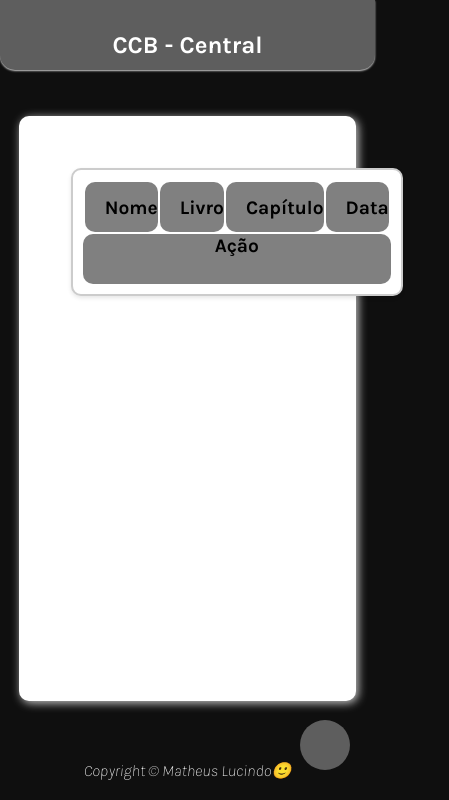
Repository: Matheus904-12/API-da-CCB
Page: index.html
The author's editor kept a copy of each file at every save. The page is drawn from the files as they stood at one save, then again after the next save.
The browser window is 375 px wide. The page is 405 px wide, then 449 px, then 405 px, so the pictures cover 449 px, including what lies to the right of the window. The pictures show the whole page.

Above is the page before, as saved 2024-01-14 01:29:27.

### index.html
<!DOCTYPE html>
<html lang="pt-BR">

<head>
    <meta charset="UTF-8">
    <meta http-equiv="X-UA-Compatible" content="IE=edge">
    <meta name="viewport" content="width=device-width, initial-scale=1.0">
    <link rel="preconnect" href="https://fonts.gstatic.com">
    <link href="https://fonts.googleapis.com/css2?family=Karla:ital,wght@0,400;0,700;1,200;1,800&display=swap"
        rel="stylesheet">
    <link rel="stylesheet" href="principal.css">
    <link rel="stylesheet" href="botao.css">
    <link rel="stylesheet" href="registros.css">
    <link rel="stylesheet" href="modal.css">
    <link rel="stylesheet" href="chat.css">
    <script src="script.js" defer></script>
    <title>CCB - Central</title>
</head>

<body>
    <header>

        <h1 class="header-title">CCB - Central</h1>
    </header>
    <br>
    <br>
    <br>
    <br>
    <main>
        <button type="button" class="button blue mobile" id="cadastrarCliente">Adicionar Recitativo</button>
        <table id="tableClient" class="records">
            <thead>
                <tr>
                    <th>Nome</th>
                    <th>Livro</th>
                    <th>Capítulo</th>
                    <th>Data</th>
                    <th>Ação</th>
                </tr>
            </thead>
            <tbody>

            </tbody>
        </table>
        <div class="modal" id="modal">
            <div class="modal-content">
                <header class="modal-header">
                    <h2>Recitativo</h2>
                    <span class="modal-close" id="modalClose">&#10006;</span>
                </header>
                <form id="form" class="modal-form">


                    <input type="text" id="nome" data-index="new" class="modal-field" placeholder="Nome"
                        required>

                    <input type="text" id="livro" class="modal-field" placeholder="Livro" required>

                    <input type="number" id="capitulo" class="modal-field" placeholder="Capítulo" required>

                    <input type="number" id="versiculo" class="modal-field" placeholder="Versículo" required>

                    <input type="date" id="data" class="modal-field" placeholder="Data" required>

                    <label for="auxiliar">Auxiliar</label>
                        <select id="auxiliar" class="modal-field">
                            <option value="none">Nenhum</option>
                            <option value="aline">Aline Gomes Santos</option>
                            <option value="alfredo">Alfredo Bruske Schuster</option>
                            <option value="alef">Alef Vinicius</option>
                            <option value="jose">José Victor Zeller Gonçalves</option>
                            <option value="jonas">Jonas Amorim Lopes da Silva</option>
                            <option value="loraine">Loraine de Assis Souza</option>
                            <option value="natalia">Natália de Sena Marques</option>
                        </select>


                </form>
                <footer class="modal-footer">
                    <button id="salvar" class="button green">Salvar</button>
                    <button id="cancelar" class="button blue">Cancelar</button>
                </footer>
            </div>
        </div>
    </main>
    <footer>
        Copyright &copy; Matheus Lucindo🙂
    </footer>
</body>

</html>

### principal.css
*{
    padding: 0;
    margin: 0;
    box-sizing: border-box;
}

:root{
    --primary-color: #5e5e5e;
    --secundary-color: #bdbd00;
    --shadow-color: #CCC;
    --text-color: #FFF;
}

body{
    min-height: 100vh;
    display: flex;
    flex-direction: column;
    font-family: 'karla', sans-serif;
    position:relative;
    background-color: #0f0f0f;
}

header{
    background-color: var(--primary-color);
    height: 70px;
    text-align: center;
    line-height: 70px;
    box-shadow: 0 1px 2px var(--shadow-color);
    border-radius: 0px 0px 15px 15px;
}

.header-title{
    color: white;
    font-size: 2rem;
}

main{
    flex-grow: 1;
    display: flex;
    flex-direction: column;
    align-items: flex-start;
    width: 90%;
    margin: 5vh auto;
    padding: 50px;
    box-shadow: 2px 2px 10px var(--shadow-color);
    gap: 20px;
    border-radius: 10px;
    background-color: #ffffff;
}

main, th {
}

footer{
    width:100;
    text-align: center;
    font-weight: 200;
    font-style: italic;
    padding: 20px;
    color: white;
}

### botao.css
.button{
    border-style: none;
    height: 40px;
    padding: 6px 12px;
    background-color: black;
    color: white;
    font-size: 1rem;
    cursor: pointer;
    transition: box-shadow .6s ease;
    border-radius: 10px;
}

.button.blue{
    background-color: #bdbd00;
}

button.green{
    background-color: #13CE66;
}

button.red{
    background-color: #FF4949;
}

.button:hover{
    box-shadow: inset 200px 0 0 #00000055;
}

/* Estilização da barra de rolagem */
::-webkit-scrollbar {
    width: 12px; /* Largura da barra de rolagem */
    border-radius: 10px;
}

::-webkit-scrollbar-thumb {
    background-color: #dbc834; /* Cor do polegar da barra de rolagem */
    border-radius: 100px; /* Borda do polegar da barra de rolagem */
}

::-webkit-scrollbar-track {
    display: none;
}

::-webkit-scrollbar-thumb:hover {
    background-color: #bdbd00; /* Cor do polegar da barra de rolagem ao passar o mouse sobre ele */
}

### registros.css
.records{
    width: 100%;
    user-select: none;
    text-align: left;
}

.records th{
    height: 50px;
    background-color:gray;
    padding-left: 20px;
    font-size: 1.2rem;
    border-radius: 10px;
}
.records td{
    height: 50px;
    padding-left: 20px;
    border-radius: 10px;
}

.records th:last-child,
.records td:last-child{
    padding: 0;
    min-width: 140px;
    text-align: center;
}

.records tr:hover{
    background-color: var(--secundary-color);
}

.records tr {
    border-radius: 10px;
}

### modal.css
.modal{
    position: fixed;
    top:0;
    left:0;
    width: 100%;
    height: 100%;
    background: #00000090;
    opacity: 0;
    z-index: -1;
}

.modal.active{
    opacity: 1;
    z-index: 1;
}

.modal-content{
    display: flex;
    flex-direction: column;
    gap:20px;
    width: 50vw;
    margin: 15vh auto;
    padding-bottom: 20px;
    background-color: white;
    box-shadow: 1px 1px 10px black;
    border-radius: 15px;
}

.modal-header{
    display: flex;
    position: relative;
    justify-content: center;
    height: 40px;
    line-height: 40px;
    font-size: 1rem;
    border-radius: 10px;
}

.modal-header, #h2 {
    color: white
}

.modal-close{
    position: absolute;
    right: 0;
    display: block;
    width: 40px;
    height: 40px;
    text-align: center;
    user-select: none;
    cursor: pointer;
    border-radius: 10px;
}

.modal-close:hover{
    background-color: #FF4949;
    color: white;
}

.modal-form{
    display: flex;
    justify-content: space-between;
    flex-wrap: wrap;
    gap: 20px;
    padding: 0 20px;
}

.modal-field{
    width: calc(50% - 10px);
    height: 40px;
    outline-style: none;
    border-style: none;
    box-shadow: 0 0 2px black;
    padding: 0 10px;
    font-size:1rem;
    border-radius: 10px;
}

.modal-field:focus{
    border: 2px solid var(--primary-color);
    box-shadow: 0 0 3px var(--primary-color);
}


.modal-footer{
    background-color: inherit;
    text-align: right;
    padding: 0 20px;
}

### chat.css
@media (max-width: 480px) {
    header {
        position: fixed;
        width: 100%;
        background-color: var(--primary-color);
        z-index: 1000;
    }

    .header-title {
        font-size: 1.5rem;
        color: white;
        padding: 10px;
        text-align: center;
    }

    .button.mobile {
        font-size: 0;
        width: 50px;
        height: 50px;
        border-radius: 50%;
        position: fixed;
        top: 90vh;
        left: 80vw;
        background-color: var(--primary-color);
        border: none;
        display: flex;
        align-items: center;
        justify-content: center;
        z-index: 1001;
    }

    .button.mobile img {
        width: 60%;
        height: 60%;
        filter: invert(1);
    }

    .records th.mobile,
    .records td.mobile {
        display: none;
    }

    .records tr {
        border-radius: 10px;
        display: block;
        margin-bottom: 20px;
        border: 2px solid #ccc;
        background-color: white;
        box-shadow: 0 2px 4px rgba(0, 0, 0, 0.1);
        padding: 10px;
    }

    .records td {
        display: flex;
        flex-wrap: wrap;
        justify-content: space-between;
        margin: 10px 0;
    }

    .records th:last-child,
    .records td:last-child {
        padding: 0;
        min-width: 140px;
        text-align: center;
        display: block;
        margin: 0 auto;
    }

    .modal {
        top: 100%;
        transition: all 1s ease;
        background-color: rgba(0, 0, 0, 0.5);
        display: flex;
        align-items: center;
        justify-content: center;
    }

    .modal.active {
        top: 0;
    }

    .modal-content {
        margin: 0;
        width: 90%;
        max-width: 400px;
        background-color: white;
        box-shadow: 0 2px 4px rgba(0, 0, 0, 0.1);
        border-radius: 10px;
        padding: 20px;
        position: relative;
    }

    .modal-field {
        width: 100%;
        margin-bottom: 15px;
        padding: 10px;
        border: 1px solid #ccc;
        border-radius: 5px;
        box-sizing: border-box;
    }
}

### script.js
'use strict'

const openModal = () => document.getElementById('modal')
    .classList.add('active')

const closeModal = () => {
    clearFields()
    document.getElementById('modal').classList.remove('active')
}


const getLocalStorage = () => JSON.parse(localStorage.getItem('db_client')) ?? []
const setLocalStorage = (dbClient) => localStorage.setItem("db_client", JSON.stringify(dbClient))

// CRUD - create read update delete
const deleteClient = (index) => {
    const dbClient = readClient()
    dbClient.splice(index, 1)
    setLocalStorage(dbClient)
}

const updateClient = (index, client) => {
    const dbClient = readClient()
    dbClient[index] = client
    setLocalStorage(dbClient)
}

const readClient = () => getLocalStorage()

const createClient = (client) => {
    const dbClient = getLocalStorage()
    dbClient.push (client)
    setLocalStorage(dbClient)
}

const isValidFields = () => {
    return document.getElementById('form').reportValidity()
}

//Interação com o layout

const clearFields = () => {
    const fields = document.querySelectorAll('.modal-field')
    fields.forEach(field => field.value = "")
    document.getElementById('nome').dataset.index = 'new'
    document.querySelector(".modal-header>h2").textContent  = 'Novo Versículo'
}

const saveClient = () => {
    if (isValidFields()) {
        const client = {
            auxiliar: document.getElementById('auxiliar').value,
            nome: document.getElementById('nome').value,
            livro: document.getElementById('livro').value,
            capitulo: document.getElementById('capitulo').value,
            versiculo: document.getElementById('versiculo').value,
            data: document.getElementById('data').value
        }
        const index = document.getElementById('nome').dataset.index;
        if (index == 'new') {
            createClient(client);
            updateTable();
            closeModal();
        } else {
            updateClient(index, client);
            updateTable();
            closeModal();
        }
    }
}

const createRow = (client, index) => {
    const newRow = document.createElement('tr')
    newRow.innerHTML = `

        <td>${client.nome}</td>
        <td>${client.livro}</td>
        <td>${client.capitulo}</td>
        <td>${client.data}</td>
        <td>
            <button type="button" class="button green" id="edit-${index}">Editar</button>
            <button type="button" class="button red" id="delete-${index}" >Excluir</button>
        </td>
    `
    document.querySelector('#tableClient>tbody').appendChild(newRow)
}

const clearTable = () => {
    const rows = document.querySelectorAll('#tableClient>tbody tr')
    rows.forEach(row => row.parentNode.removeChild(row))
}

const updateTable = () => {
    const dbClient = readClient()
    clearTable()
    dbClient.forEach(createRow)
}

const fillFields = (client) => {
    document.getElementById('auxiliar').value = client.auxiliar
    document.getElementById('nome').value = client.nome
    document.getElementById('livro').value = client.livro
    document.getElementById('capitulo').value = client.capitulo
    document.getElementById('versiculo').value = client.versiculo
    document.getElementById('data').value = client.data
    document.getElementById('nome').dataset.index = client.index
}

const editClient = (index) => {
    const client = readClient()[index]
    client.index = index
    fillFields(client)
    document.querySelector(".modal-header>h2").textContent  = `Editando ${client.nome}`
    openModal()
}

const editDelete = (event) => {
    if (event.target.type == 'button') {

        const [action, index] = event.target.id.split('-')

        if (action == 'edit') {
            editClient(index)
        } else {
            const client = readClient()[index]
            const response = confirm(`Deseja realmente excluir o cliente ${client.nome}`)
            if (response) {
                deleteClient(index)
                updateTable()
            }
        }
    }
}

updateTable()

// Eventos
document.getElementById('cadastrarCliente')
    .addEventListener('click', openModal)

document.getElementById('modalClose')
    .addEventListener('click', closeModal)

document.getElementById('salvar')
    .addEventListener('click', saveClient)

document.querySelector('#tableClient>tbody')
    .addEventListener('click', editDelete)

document.getElementById('cancelar')
    .addEventListener('click', closeModal)

After the next save:
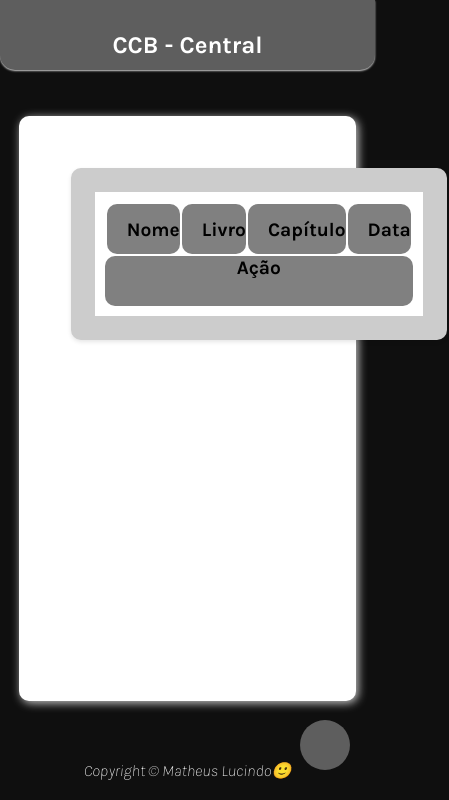
Saved 5 s later.
--- a/chat.css
+++ b/chat.css
@@ -44,7 +44,7 @@
         border-radius: 10px;
         display: block;
         margin-bottom: 20px;
-        border: 2px solid #ccc;
+        border: 24px solid #ccc;
         background-color: white;
         box-shadow: 0 2px 4px rgba(0, 0, 0, 0.1);
         padding: 10px;

After the save that followed:
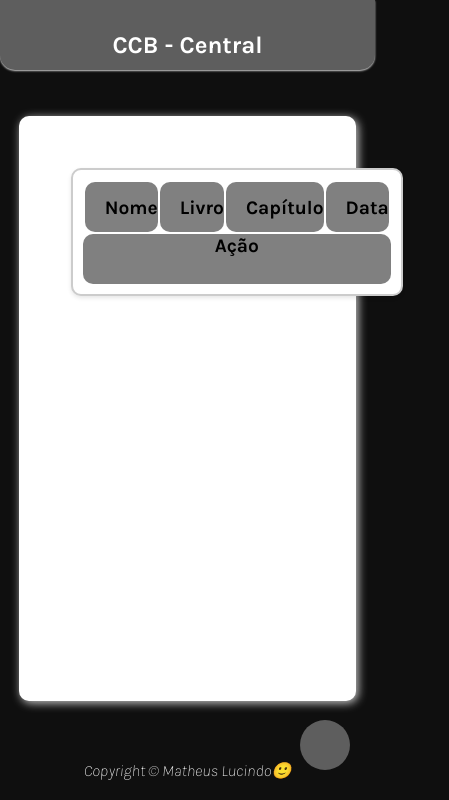
Saved 5 s later.
--- a/chat.css
+++ b/chat.css
@@ -44,7 +44,7 @@
         border-radius: 10px;
         display: block;
         margin-bottom: 20px;
-        border: 24px solid #ccc;
+        border: 2px solid #ccc;
         background-color: white;
         box-shadow: 0 2px 4px rgba(0, 0, 0, 0.1);
         padding: 10px;
